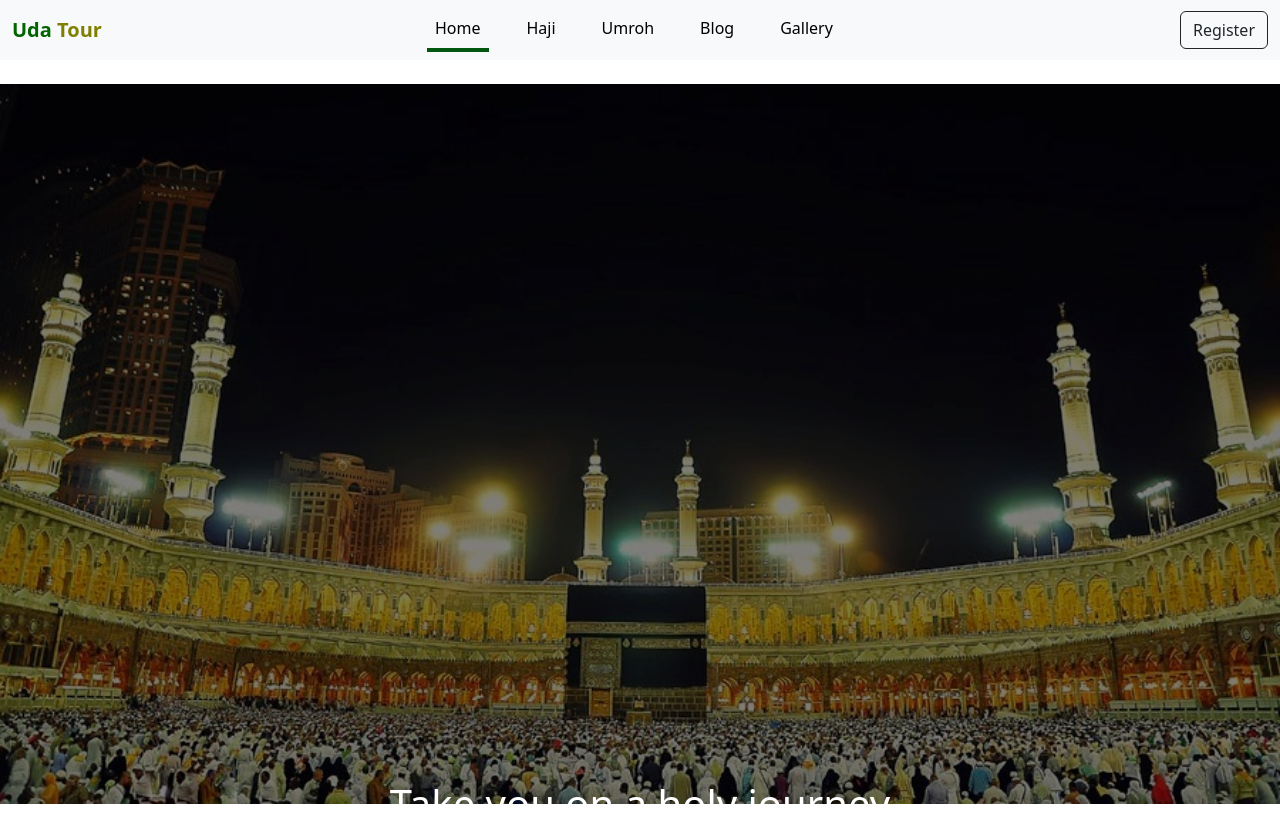
Repository: Putrabobi/Task7
Page: index.html
These files come from the project's save history. The page is drawn as it stood at one moment and after the next save; the edit follows.
The browser window is 1280 px wide. The pictures show the whole page.

Above is the page before, as saved 2024-03-25 10:34:45.

After the next save:
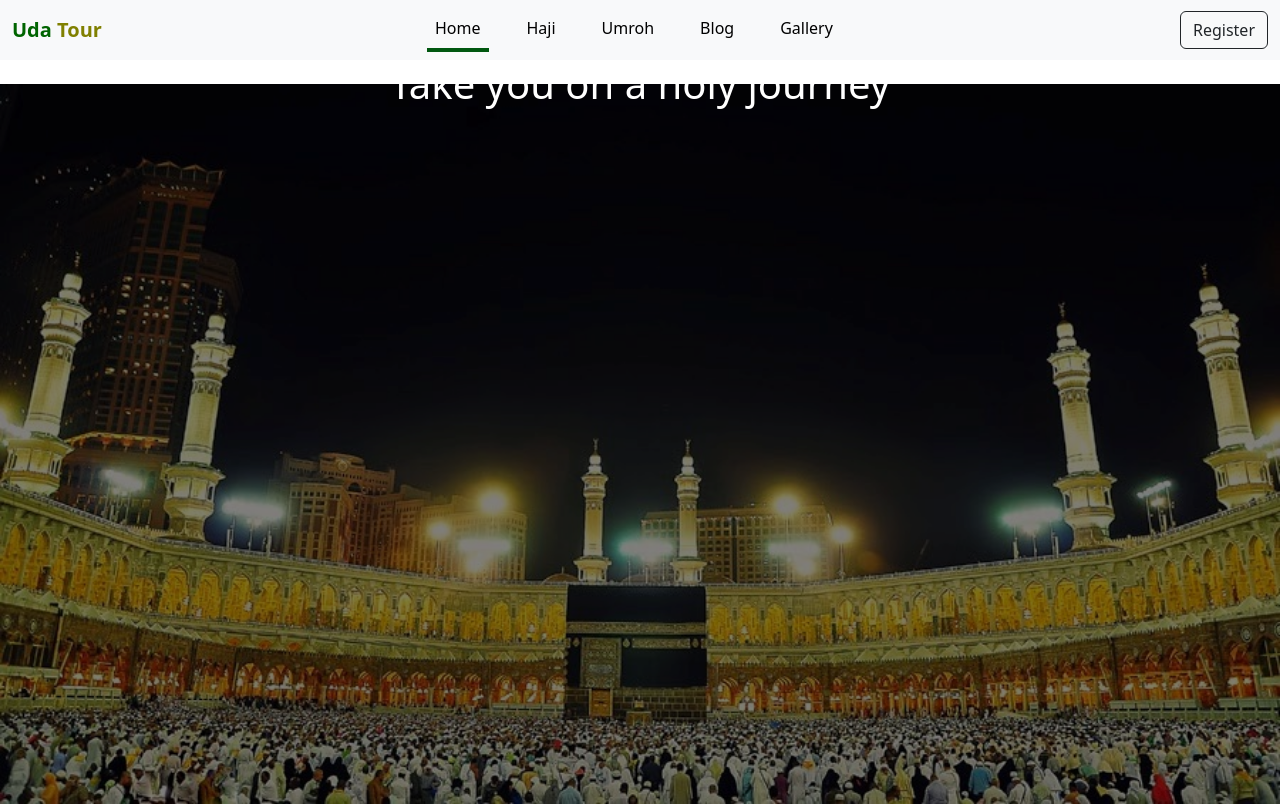
Saved 4 s later.
--- a/index.html
+++ b/index.html
@@ -48,7 +48,7 @@
 
     <div class="container-fluid p-0 position-relative">
         <img src="images/mekkah.jpg" style="filter: brightness(50%);" alt="Mekkah" width="100%">
-        <h1 class="position-absolute top-10 start-50 translate-middle text-center" style="color: white;">Take you on a holy journey</h1>
+        <h1 class="position-absolute top-0 start-50 translate-middle text-center" style="color: white;">Take you on a holy journey</h1>
     </div>
 
 
